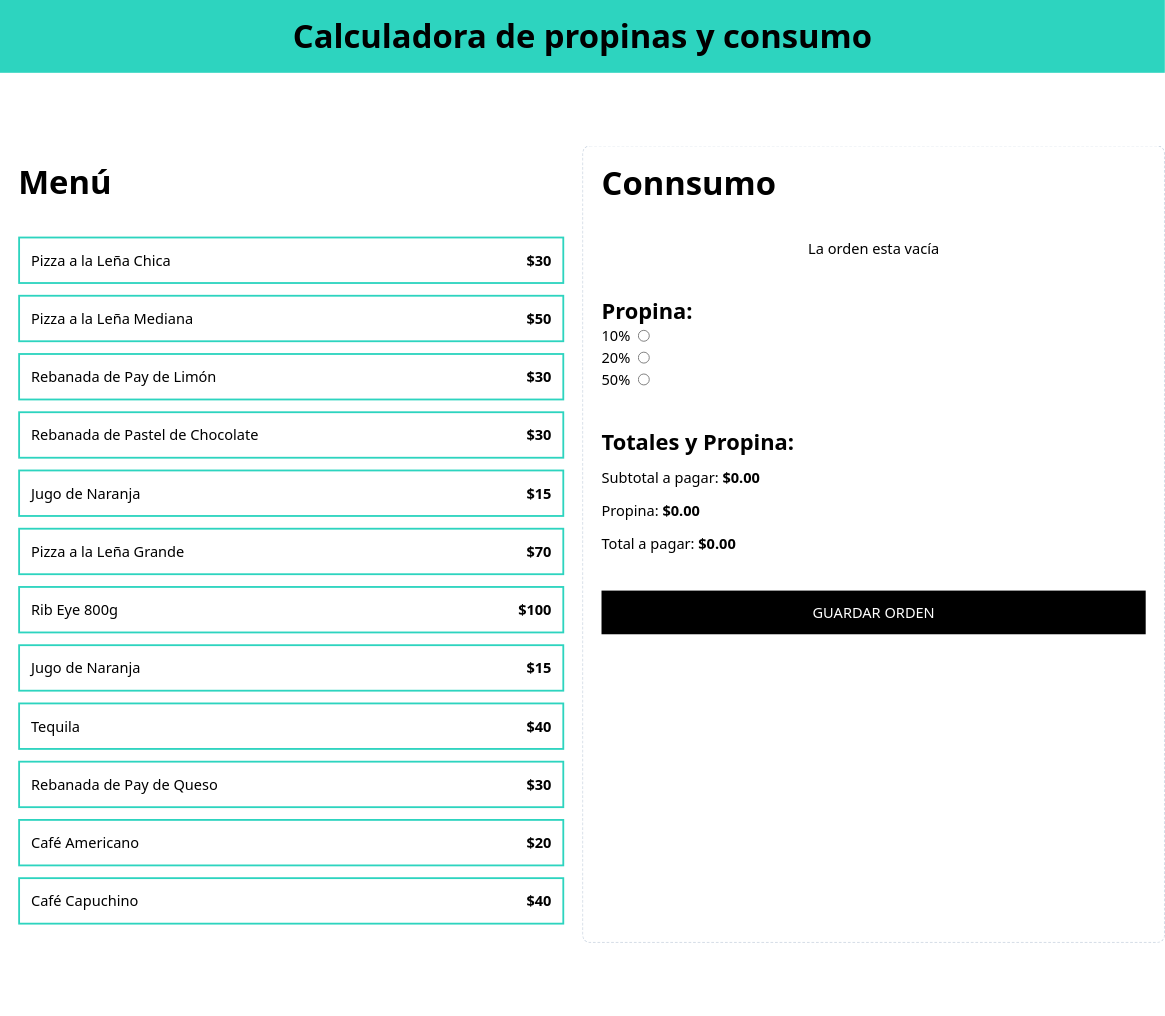
Repository: Samuel-Leal96/calculador_propinas
Page: /
An editor plug-in stored every save of this project. The page is shown before and after the next save, followed by the edit.
The browser window is 1280 px wide. The pictures show the whole page, at 91% of full size.
The project was rebuilt for these pictures with package versions that can differ from the ones it lists, and the page was loaded fresh each time. Also part of the build but not shown: vite.config.ts.

Above is the page before, as saved 2025-10-22 15:17:09.

### index.html
<!doctype html>
<html lang="en">
  <head>
    <meta charset="UTF-8" />
    <link rel="icon" type="image/svg+xml" href="/vite.svg" />
    <meta name="viewport" content="width=device-width, initial-scale=1.0" />
    <title>calculaora_propinas</title>
  </head>
  <body>
    <div id="root"></div>
    <script type="module" src="/src/main.tsx"></script>
  </body>
</html>

### src/App.tsx
import MenuItem from "./components/MenuItem";
import OrderContents from "./components/OrderContents";
import OrderTotal from "./components/OrderTotal";
import { TipPercentajeForm } from "./components/TipPercentageForm";
import { menuItems } from "./data/db";
import useOrder from "./hooks/useOrder";

function App() {

  const { order, tip, setTip, addItem, removeItem } = useOrder();

  return (
    <>
      <header className="bg-teal-400 p-5">
        <h1 className="text-center text-4xl font-black">Calculadora de propinas y consumo</h1>
      </header>

      <main className="max-w-7xl mx-auto py-20 grid md:grid-cols-2">
        <div className="p-5">
          <h2 className="text-4xl font-black">Menú</h2>

          <div className="space-y-3 mt-10">
            {menuItems.map((item) => (
              <MenuItem
                key={item.id}
                item={item}
                addItem={addItem}
              />
            ))}
          </div>

        </div>

        <div className="border border-dashed border-slate-300 p-5 rounded-lg space-y-10">
            <OrderContents
              order={order}
              removeItem={removeItem}
            />

            <TipPercentajeForm
              setTip={setTip}
            />

            <OrderTotal
              order={order}
              tip={tip}
            />
        </div>

      </main>
    </>
  )
}

export default App

### src/components/MenuItem.tsx
import type { MenuItem } from "../types";

type MenuItemProps = {
    item: MenuItem;
    addItem: (item: MenuItem) => void;
}

export default function MenuItem({ item, addItem }: MenuItemProps) {

    return (
        <button
            className="border-2 border-teal-400 hover:bg-teal-200 w-full p-3 flex justify-between items-center"
            onClick={ () => addItem(item) }
        >
            <p>{item.name}</p>
            <p className="font-black">${item.price}</p>
        </button>
    )
}

### src/components/OrderContents.tsx
import { formatCurrency } from "../helpers"
import type { MenuItem, OrderItem } from "../types"

type OrderContentsProps = {
    order: OrderItem[],
    removeItem: (id: MenuItem['id']) => void
}

export default function OrderContents({ order, removeItem }: OrderContentsProps) {
    return (
        <div>
            <h2 className='font-black text-4xl'>Connsumo</h2>

            <div className="space-y-3 mt-10">
                {order.length === 0 ?
                    <p className="text-center">La orden esta vacía</p>
                    : (
                        order.map(item => (
                            <div key={item.id}
                                className="flex justify-between items-center border-t border-gray-200 py-5 last-of-type:border-b"
                            >
                                <div>
                                    <p className="text-lg">
                                        {item.name} - {formatCurrency(item.price)}
                                    </p>
                                    <p className="font-black">
                                        {item.quantity} - {formatCurrency(item.price * item.quantity)}
                                    </p>
                                </div>

                                <button
                                    className="bg-red-800 h-8 w-8 rounded-full text-white font-black"
                                    onClick={() => removeItem(item.id)}
                                > X </button>

                            </div>
                        ))
                    )
                }
            </div>
        </div>
    )
}

### src/components/OrderTotal.tsx
import { useMemo, useCallback } from "react"
import type { OrderItem } from "../types"
import { formatCurrency } from "../helpers"

type OrderTotalsProps = {
    order: OrderItem[],
    tip: number
}

export default function OrderTotal({ order, tip }: OrderTotalsProps) {

    const subtotalAmount = useCallback(() => order.reduce((total, item) => total + (item.quantity * item.price), 0), [order]);

    const tipAmount = useCallback(() => subtotalAmount() * tip, [tip, order])

    const totalAmount = useCallback(() => subtotalAmount() + tipAmount(), [tip, order])

    return (
        <>
            <div className="space-y-3">
                <h2 className="font-black text-2xl">Totales y Propina:</h2>
                <p>Subtotal a pagar: {''}
                    <span className="font-bold">{formatCurrency(subtotalAmount())}</span>
                </p>

                <p>Propina: {''}
                    <span className="font-bold">{formatCurrency(tipAmount())}</span>
                </p>

                <p>Total a pagar: {''}
                    <span className="font-bold">{formatCurrency(totalAmount())}</span>
                </p>
            </div>

            <button
                className="w-full bg-black p-3 uppercase text-white mt-10"
                disabled={totalAmount() == 0}
            >
                Guardar orden
            </button>
        </>
    )
}

### src/components/TipPercentageForm.tsx
import type { Dispatch, SetStateAction } from "react";

const tipOptions = [
  {
    id: 'tip-10',
    value: .10,
    label: '10%'
  },
  {
    id: 'tip-20',
    value: .20,
    label: '20%'
  },
  {
    id: 'tip-50',
    value: .50,
    label: '50%'
  },
]

type TipPercentageFormProps = {
  setTip: Dispatch<SetStateAction<number>>
}

export const TipPercentajeForm = ({setTip}: TipPercentageFormProps) => {
  return (
    <div>
      <h3 className="font-black text-2xl">Propina:</h3>

      <form >
        {tipOptions.map(tip => (
          <div key={tip.id} className="flex gap-2">
            <label htmlFor={tip.id}>{tip.label}</label>

            <input
              id={tip.id}
              type="radio"
              name="tip"
              value={tip.value}
              onChange={ e => setTip(+e.target.value) }
            />
          </div>
        ))}
      </form>

    </div>
  )
}

### src/data/db.ts
import type { MenuItem } from "../types";

export const menuItems: MenuItem[] = [
    {
      "id": 1,
      "name": "Pizza a la Leña Chica",
      "price": 30
    },
    {
      "id": 2,
      "name": "Pizza a la Leña Mediana",
      "price": 50
    },
    {
      "id": 3,
      "name": "Rebanada de Pay de Limón",
      "price": 30
    },
    {
      "id": 4,
      "name": "Rebanada de Pastel de Chocolate",
      "price": 30
    },
    {
      "id": 5,
      "name": "Jugo de Naranja",
      "price": 15
    },
    {
      "id": 6,
      "name": "Pizza a la Leña Grande",
      "price": 70
    },
    {
      "id": 7,
      "name": "Rib Eye 800g",
      "price": 100
    },
    {
      "id": 8,
      "name": "Jugo de Naranja",
      "price": 15
    },
    {
      "id": 9,
      "name": "Tequila",
      "price": 40
    },
    {
      "id": 10,
      "name": "Rebanada de Pay de Queso",
      "price": 30
    },
    {
      "id": 11,
      "name": "Café Americano",
      "price": 20
    },
    {
      "id": 12,
      "name": "Café Capuchino",
      "price": 40
    }
]

### src/hooks/useOrder.ts
import { useState } from "react";
import type { MenuItem, OrderItem } from "../types";

export default function useOrder() {
    const [order, setOrder] = useState<OrderItem[]>([]);

    const [tip, setTip] = useState(0);

    const addItem = (item: MenuItem) => {

        const itemExists = order.find((orderItem) => orderItem.id === item.id);

        if(itemExists) {
            const updateOrder = order.map( orderItem => orderItem.id === item.id ?
                 {...orderItem, quantity: orderItem.quantity + 1} : orderItem );
                setOrder(updateOrder);
        }else{
            const newItem = { ...item, quantity: 1 }
            setOrder([...order, newItem]);
        }

    }

    const removeItem = (id: MenuItem['id']) => {
        setOrder(order.filter( item => item.id !== id ))
    }

    return {
        order,
        tip,
        setTip,
        addItem,
        removeItem
    }
}

### src/helpers/index.ts
export function formatCurrency(quantity: number){
    return new Intl.NumberFormat('en-US', {
        style: 'currency', currency: 'USD'
    }).format(quantity)
}

Loaded but not shown: src/main.tsx (common file); src/index.css (common file); tailwind.config.js (common file)

After the next save:
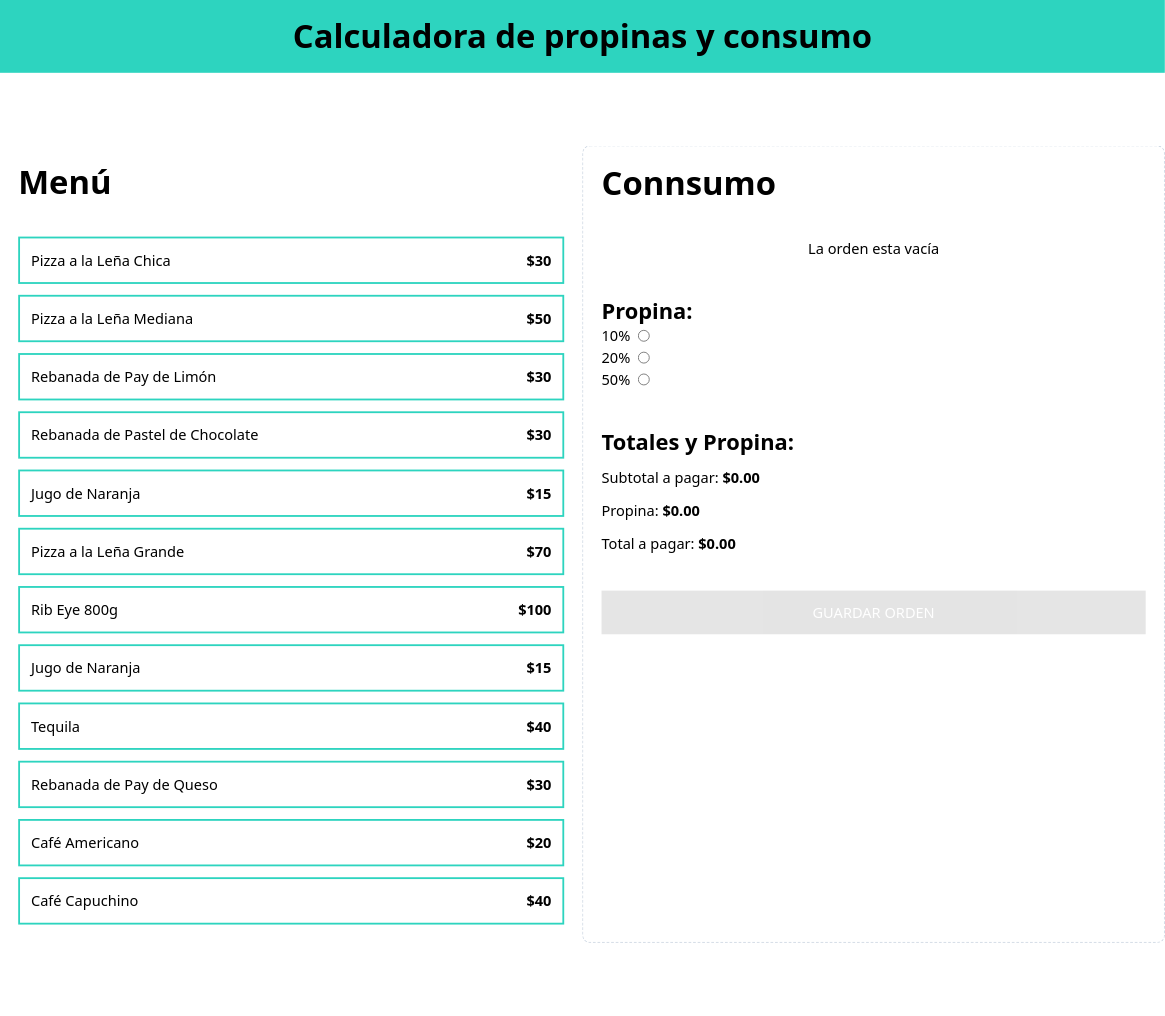
Saved 38 s later.
--- a/src/components/OrderTotal.tsx
+++ b/src/components/OrderTotal.tsx
@@ -33,7 +33,7 @@ export default function OrderTotal({ order, tip }: OrderTotalsProps) {
             </div>
 
             <button
-                className="w-full bg-black p-3 uppercase text-white mt-10"
+                className="w-full bg-black p-3 uppercase text-white mt-10 disabled:opacity-10"
                 disabled={totalAmount() == 0}
             >
                 Guardar orden
